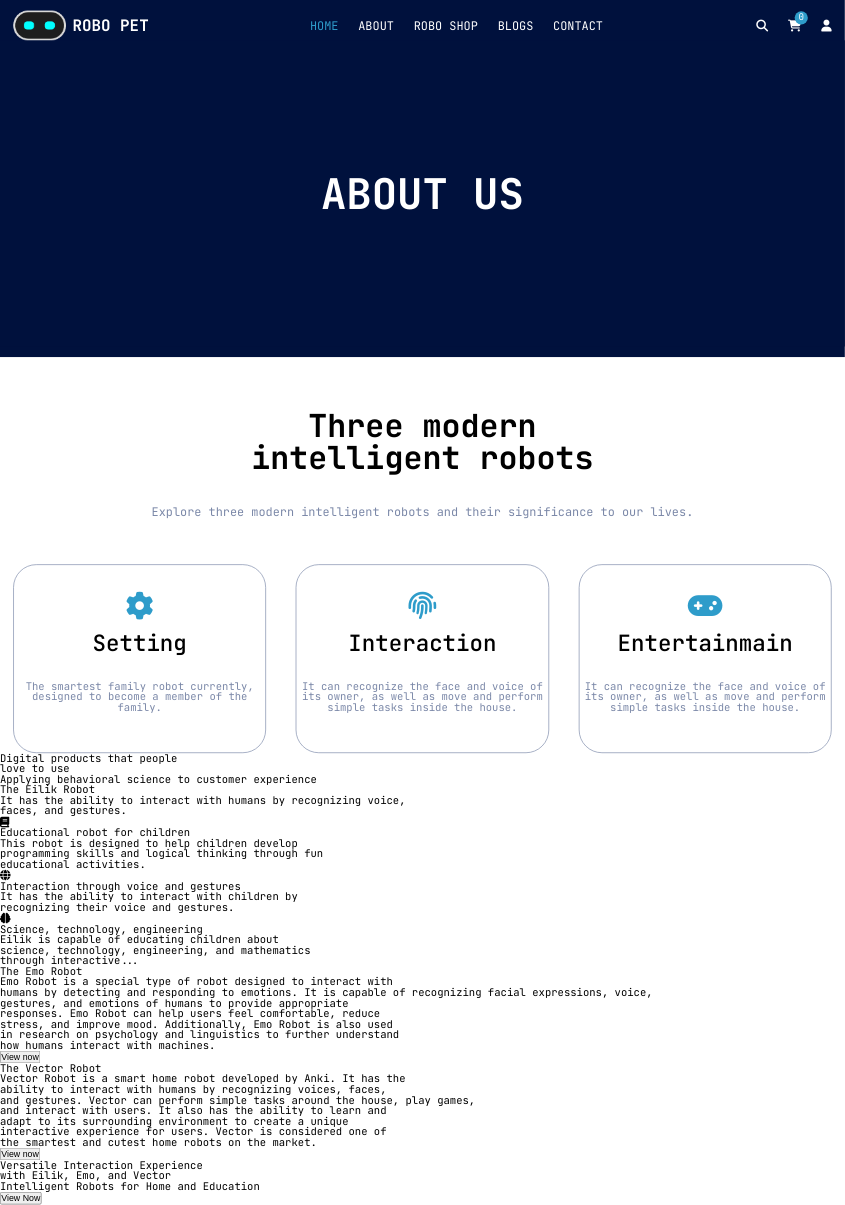
Repository: trietle101/du-an-1
Page: about.html
The author's editor kept a copy of each file at every save. The page is drawn from the files as they stood at one save, then again after the next save.
The browser window is 1280 px wide. The pictures show the whole page, at 66% of full size.
Some web libraries are served in a nearby version.

Above is the page before, as saved 2023-03-12 22:57:01.

### about.html
<!DOCTYPE html>
<html lang="en">
  <head>
    <meta charset="UTF-8" />
    <meta http-equiv="X-UA-Compatible" content="IE=edge" />
    <meta name="viewport" content="width=device-width, initial-scale=1.0" />
    <title>About</title>
    <link rel="stylesheet" href="assets/css/reset.css" />
    <link rel="preconnect" href="https://fonts.googleapis.com" />
    <link rel="preconnect" href="https://fonts.gstatic.com" crossorigin />
    <link rel="stylesheet" href="assets/css/about.css" />
    <link
      href="https://fonts.googleapis.com/css2?family=JetBrains+Mono:wght@300;400;500;700&display=swap"
      rel="stylesheet"
    />
    <script
      src="https://kit.fontawesome.com/08ee78edd1.js"
      crossorigin="anonymous"
    ></script>
  </head>
  <body>
    <header class="header">
      <div class="container">
        <nav class="header-nav">
          <a href="#" class="header-logo">
            <img src="assets/img/logo.png" />
            <span>ROBO PET</span>
          </a>

          <ul class="nav__list">
            <li class="nav__item">
              <a href="#" class="nav__link active">Home</a>
            </li>
            <li class="nav__item">
              <a href="#" class="nav__link">About</a>
            </li>
            <li class="nav__item">
              <a href="#" class="nav__link">Robo shop</a>
            </li>
            <li class="nav__item">
              <a href="#" class="nav__link">Blogs</a>
            </li>
            <li class="nav__item">
              <a href="#" class="nav__link">Contact</a>
            </li>
          </ul>

          <ul class="nav__list">
            <li class="nav__item">
              <a href="" class="nav__link"
                ><i class="fa-solid fa-magnifying-glass"></i
              ></a>
            </li>
            <li class="nav__item">
              <a href="" class="nav__link absolute">
                <i class="fa-solid fa-cart-shopping"></i>
                <span>0</span>
              </a>
            </li>
            <li class="nav__item">
              <a href="" class="nav__link"><i class="fa-solid fa-user"></i></a>
            </li>
          </ul>
        </nav>
      </div>
      <div class="header-banner">
        <div class="container">
          <h1 class="banner-title">ABOUT US</h1>
        </div>
      </div>
    </header>
    <section class="modern">
      <div class="container">
        <h2 class="modern-title">
          Three modern <br />
          intelligent robots
        </h2>
        <p class="modern-desc">
          Explore three modern intelligent robots and their significance to our
          lives.
        </p>
        <div class="modern-box">
          <div class="modern-item">
            <div class="modern-center">
              <i class="fa-solid fa-gear"></i>
              <h3 class="modern-box-title">Setting</h3>
              <p class="modern-box-desc">
                The smartest family robot currently, designed to become a member
                of the family.
              </p>
            </div>
          </div>
          <div class="modern-item">
            <div class="modern-center">
              <i class="fa-solid fa-fingerprint"></i>
              <h3 class="modern-box-title">Interaction</h3>
              <p class="modern-box-desc">
                It can recognize the face and voice of its owner, as well as
                move and perform simple tasks inside the house.
              </p>
            </div>
          </div>
          <div class="modern-item">
            <div class="modern-center">
              <i class="fa-solid fa-gamepad"></i>
              <h3 class="modern-box-title">Entertainmain</h3>
              <p class="modern-box-desc">
                It can recognize the face and voice of its owner, as well as
                move and perform simple tasks inside the house.
              </p>
            </div>
          </div>
        </div>
      </div>
    </section>

    <!--phần banner-->

    <div class="banner2"></div>
    <div class="namebanner2">
      <h4>
        Digital products that people <br />
        love to use
      </h4>
      <p>Applying behavioral science to customer experience</p>
      <div class="box-text">
        <h5>The Eilik Robot</h5>
        <p>
          It has the ability to interact with humans by recognizing voice,<br />
          faces, and gestures.
        </p>
        <div class="box-content">
          <i class="fa-solid fa-book"></i>
          <h6>Educational robot for children</h6>
          <p>
            This robot is designed to help children develop <br />
            programming skills and logical thinking through fun <br />
            educational activities.
          </p>
        </div>

        <div class="box-content">
          <i class="fa-solid fa-globe"></i>
          <h6>Interaction through voice and gestures</h6>
          <p>
            It has the ability to interact with children by <br />
            recognizing their voice and gestures.
          </p>
        </div>

        <div class="box-content">
          <i class="fa-solid fa-brain"></i>
          <h6>Science, technology, engineering</h6>
          <p>
            Eilik is capable of educating children about <br />
            science, technology, engineering, and mathematics <br />
            through interactive...
          </p>
        </div>
      </div>
      <div class="box-content2">
        <h6>The Emo Robot</h6>
        <p>
          Emo Robot is a special type of robot designed to interact with <br />
          humans by detecting and responding to emotions. It is capable of
          recognizing facial expressions, voice,<br />
          gestures, and emotions of humans to provide appropriate <br />
          responses. Emo Robot can help users feel comfortable, reduce <br />
          stress, and improve mood. Additionally, Emo Robot is also used <br />
          in research on psychology and linguistics to further understand <br />
          how humans interact with machines.
        </p>
      </div>

      <button>View now</button>

      <div class="box-content3">
        <h6>The Vector Robot</h6>
        <p>
          Vector Robot is a smart home robot developed by Anki. It has the
          <br />
          ability to interact with humans by recognizing voices, faces, <br />
          and gestures. Vector can perform simple tasks around the house, play
          games, <br />
          and interact with users. It also has the ability to learn and <br />
          adapt to its surrounding environment to create a unique <br />
          interactive experience for users. Vector is considered one of <br />
          the smartest and cutest home robots on the market.
        </p>
        <button>View now</button>
      </div>
    </div>
    <div class="endbanner">
      <h2>
        Versatile Interaction Experience <br />
        with Eilik, Emo, and Vector
      </h2>
      <p>Intelligent Robots for Home and Education</p>
      <button>View Now</button>
    </div>
  </body>
  <script src="assets/script/script.js"></script>
</html>

### assets/css/reset.css
/* http://meyerweb.com/eric/tools/css/reset/
   v2.0 | 20110126
   License: none (public domain)
*/
html,
body,
div,
span,
applet,
object,
iframe,
h1,
h2,
h3,
h4,
h5,
h6,
p,
blockquote,
pre,
a,
abbr,
acronym,
address,
big,
cite,
code,
del,
dfn,
em,
img,
ins,
kbd,
q,
s,
samp,
small,
strike,
strong,
sub,
sup,
tt,
var,
b,
u,
i,
center,
dl,
dt,
dd,
ol,
ul,
li,
fieldset,
form,
label,
legend,
table,
caption,
tbody,
tfoot,
thead,
tr,
th,
td,
article,
aside,
canvas,
details,
embed,
figure,
figcaption,
footer,
header,
hgroup,
menu,
nav,
output,
ruby,
section,
summary,
time,
mark,
audio,
video {
  margin: 0;
  padding: 0;
  border: 0;
  font-size: 100%;
  font: inherit;
  vertical-align: baseline;
}

/* HTML5 display-role reset for older browsers */
article,
aside,
details,
figcaption,
figure,
footer,
header,
hgroup,
menu,
nav,
section {
  display: block;
}

body {
  line-height: 1;
}

ol,
ul {
  list-style: none;
}

blockquote,
q {
  quotes: none;
}

blockquote:before,
blockquote:after,
q:before,
q:after {
  content: "";
  content: none;
}

table {
  border-collapse: collapse;
  border-spacing: 0;
}

*,
*:after,
*:before {
  margin: 0;
  padding: 0;
  box-sizing: border-box;
}
ul,
li {
  list-style-type: none;
}
a {
  text-decoration: none;
}

### assets/css/about.css
:root {
  --primary-color: #00113d;
  --secondary-color: #2e9cca;
}

html {
  box-sizing: border-box;
}

img {
  display: block;
  max-width: 100%;
}

body {
  font-family: "JetBrains Mono", sans-serif;
  min-height: 100vh;
  margin: 0;
}
header {
  background: var(--primary-color);
  padding: 1em 0;
  width: 100%;
}
.container {
  max-width: 1240px;
  margin: 0 auto;
}

.header-nav {
  display: flex;
  justify-content: space-between;
  align-items: center;
  flex-wrap: nowrap;
}

.header-logo {
  display: flex;
  justify-content: center;
  align-items: center;
}

.header-logo span {
  text-decoration: none;
  color: #fff;
  font-size: 24px;
  font-weight: bold;
  margin-right: 0.5em;
  margin-left: 10px;
}

.nav__list {
  display: flex;
  justify-content: space-between;
  align-items: center;
  flex-wrap: nowrap;
}

.nav__item:not(:first-child) {
  margin-left: 30px;
}

.nav__link {
  color: #fff;
  text-decoration: none;
  text-transform: uppercase;
  transition: 0.3s ease-in-out;
  font-size: 18px;
}

.nav__link.active {
  color: var(--secondary-color);
}

.nav__link:hover {
  color: var(--secondary-color);
}

.nav__link:hover span {
  color: var(--secondary-color);
  background-color: #fff;
}

.nav__link.absolute {
  position: relative;
}

.nav__link span {
  position: absolute;
  display: inline-block;
  background-color: var(--secondary-color);
  width: 20px;
  height: 20px;
  font-size: 14px;
  text-align: center;
  padding-top: 2px;
  border-radius: 50%;
  top: -10px;
  left: 10px;
  transition: 0.3s ease-in-out;
}

.line-effect {
  width: 0;
  height: 2px;
  background-color: var(--secondary-color);
  position: fixed;
  pointer-events: none;
  transition: all 0.25s linear;
}
.header-banner {
  width: 100%;
  max-height: 500px;
  margin: 0 auto;
  background-color: #00113d;
  padding: 200px 0;
}
.banner-title {
  font-weight: 700;
  font-size: 64px;
  color: #fff;
  text-transform: uppercase;
  text-align: center;
}
.modern {
  padding-top: 80px;
}
.modern-title {
  font-weight: 700;
  font-size: 48px;
  text-align: center;
}
.modern-desc {
  font-weight: 400;
  font-size: 18px;
  color: #7b88a8;
  text-align: center;
  margin-top: 50px;
}
.modern-box {
  margin-top: 70px;
  display: flex;
  justify-content: space-between;
  align-items: center;
  flex-wrap: nowrap;
}
.modern-item {
  max-width: calc(33.33% - 30px);
  border: 1px solid #7b88a8;
  border-radius: 35px;
  transition: 0.3s ease-in-out;
}
.modern-item i {
  font-size: 42px;
  color: var(--secondary-color);
  margin-top: 40px;
}
.modern-center {
  text-align: center;
}
.modern-box-title {
  font-weight: 500;
  font-size: 34px;
  margin-top: 20px;
  margin-bottom: 40px;
}
.modern-box-desc {
  font-weight: 400;
  font-size: 16px;
  color: #7b88a8;
  margin-bottom: 60px;
}
.modern-item:hover {
  border: none;
  box-shadow: 0 14px 28px rgba(0, 17, 61, 0.22),
    0 10px 10px rgba(0, 17, 61, 0.22);
}
.brand {
  padding-top: 100px;
}

.brand-tilte {
  font-weight: 500;
  font-size: 24px;
  margin-bottom: 20px;
  text-align: center;
}
.brand-bg {
  background-color: var(--primary-color);
  width: 100%;
}
.brand-logo {
  display: flex;
  justify-content: center;
  align-items: center;
}
.brand-logo img {
  max-width: 150px;
}
.brand-logo img:not(:first-child) {
  margin-left: 50px;
}

### assets/script/script.js
window.addEventListener("load", function () {
  // --- Menu ---
  const links = [...document.querySelectorAll(".nav__link")];
  links.forEach((item) => item.addEventListener("mouseenter", handleHoverLink));
  const line = document.createElement("div");
  line.classList = "line-effect";
  document.body.appendChild(line);

  function handleHoverLink(event) {
    const { left, top, width, height } = event.target.getBoundingClientRect();
    const offsetBottom = 5;
    line.style.width = `${width}px`;
    line.style.left = `${left}px`;
    line.style.top = `${top + height + offsetBottom}px`;
  }
  const menu = document.querySelector(".nav__list");
  menu.addEventListener("mouseleave", function () {
    line.style.width = 0;
  });

  const nav = document.querySelectorAll(".nav__link");
  nav.forEach((item) => {
    item.addEventListener("click", () => {
      nav.forEach((item) => {
        item.classList.remove("active");
      });
      item.classList.add("active");
    });
  });
});

After the next save:
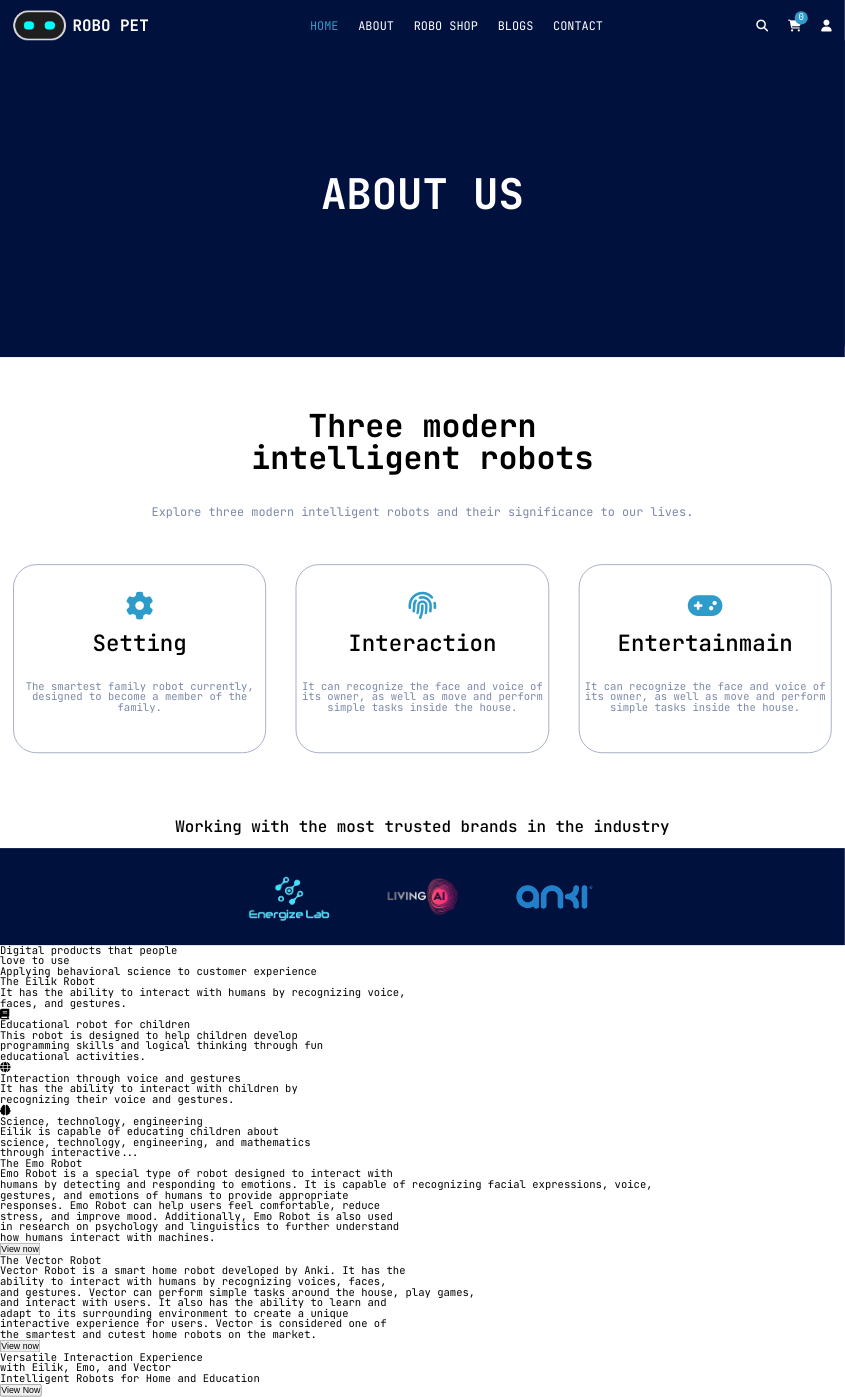
Saved 3 s later.
--- a/about.html
+++ b/about.html
@@ -113,6 +113,22 @@
         </div>
       </div>
     </section>
+    <section class="brand">
+      <div class="container">
+        <h4 class="brand-tilte">
+          Working with the most trusted brands in the industry
+        </h4>
+      </div>
+      <div class="brand-bg">
+        <div class="container">
+          <div class="brand-logo">
+            <img src="assets/img/brand/enegize.png" alt="" />
+            <img src="assets/img/brand/living3.png" alt="" />
+            <img src="assets/img/brand/Anki.png" alt="" />
+          </div>
+        </div>
+      </div>
+    </section>
 
     <!--phần banner-->
 
